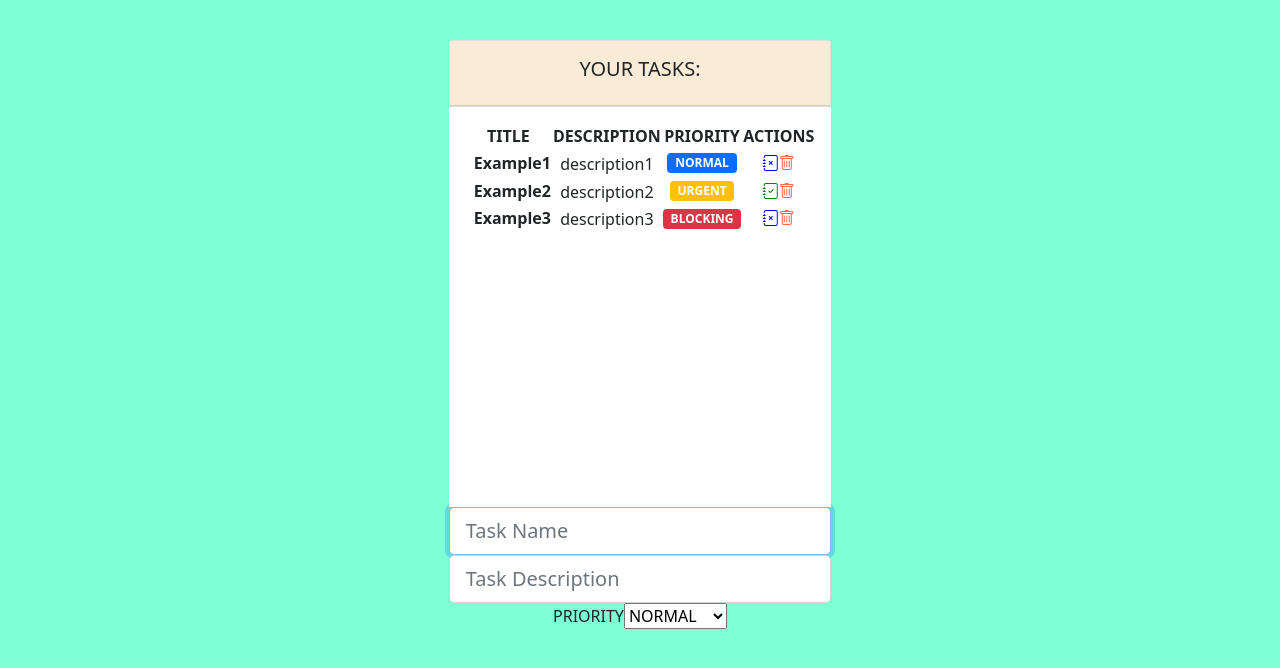
Repository: abgdev1997/proyecto-evo
Page: /about
The author's editor kept a copy of each file at every save. The page is drawn from the files as they stood at one save, then again after the next save.
The browser window is 1280 px wide. The pictures show the whole page.
The project was rebuilt for these pictures with package versions that can differ from the ones it lists, and the page was loaded fresh each time.

Above is the page before, as saved 2022-01-27 16:52:33.

After the next save:
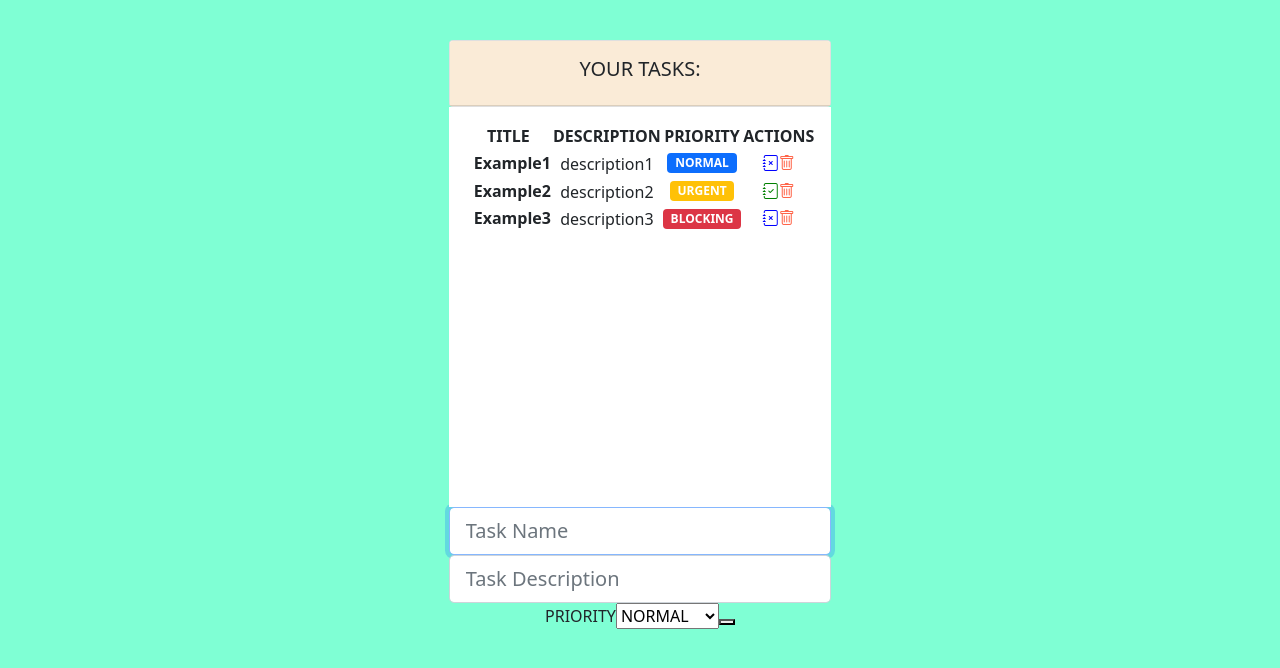
Saved 70 s later.
--- a/src/components/pure/forms/taskForm.jsx
+++ b/src/components/pure/forms/taskForm.jsx
@@ -43,6 +43,7 @@ const TaskForm = ({add}) => {
                         BLOCKING
                     </option>
                 </select>
+                <button type='submit'></button>
             </div>
         </form>
     );
